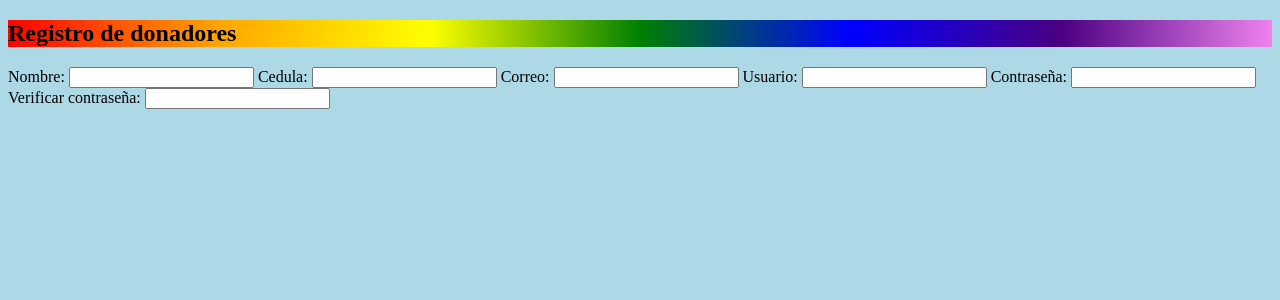
Repository: sonicspeed1/examen1_codigo_bryansantillan
Page: http://localhost/examen_1_bryan_santillan/registro_donadores.jsp
These files come from the project's save history. The page is drawn as it stood at one moment and after the next save; the edit follows.
The browser window is 1280 px wide. The pictures show the whole page.
The page is served by Tomcat 9. Other server files are loaded and not shown.

Above is the page before, as saved 2024-05-25 17:36:43.

### examen_1_bryan_santillan/src/main/webapp/registro_donadores.jsp
<%@ page language="java" contentType="text/html; charset=UTF-8"
    pageEncoding="UTF-8"%>
<!DOCTYPE html>
<html>
<head>
<meta charset="UTF-8">
<title>Registro donadores</title>
<link href="estilo.css" rel="stylesheet"/>
</head>
<body class="cuerpo">
<h2 class="cuadro3">Registro de donadores</h2>
<label>Nombre: <input type="text" name="nombre"></label>
<label>Cedula: <input type="text" name="ci"></label>
<label>Correo: <input type="text" name="correo"></label>
<label>Usuario: <input type="text" name="us"></label>
<label>Contraseña: <input type="password" name="cont1"></label>
<label>Verificar contraseña: <input type="password" name="cont2"></label>
</body>
</html>

### examen_1_bryan_santillan/src/main/webapp/estilo.css
@charset "UTF-8";
.cuerpo{
	background-color: lightblue;
}
.cuadro{
	background-color:lightgreen;
	border: 1px solid green;
	display: block;

}
.cuadro2 {
    background-color: #b4aed0;
    border-radius: 5px;
    border: 1px solid purple;
    height: 400px;
    width: 400px;
}
.cuadro3{
	    background: linear-gradient(to right, red, orange, yellow, green, blue, indigo, violet);
}
.titulo{
	color: white;
	transition: color 0.3s, text-shadow 0.3s;
	font-family: 'Comic Sans MS', cursive, sans-serif;
	 text-align: center;
}

.titulo:hover {
    color: blue;
    text-shadow: 2px 2px 5px rgba(0, 0, 0, 0.5);
}
.menu{
	list-style-type: none;
    padding: 0;
    background-color: #80ff80;
    border: 1px solid green;
    margin: 0 auto;
    }
.item {
    display: inline-block;
    position: relative;
}
.container {
    display: flex;
    justify-content: center;
    align-items: center;
    margin-top: 20px;
}
.titulo2{
	color: white;
	transition: color 0.3s, text-shadow 0.3s;
	font-family: 'Comic Sans MS', cursive, sans-serif;
	 text-align: center;
}

.titulo2:hover {
    color: red;
    text-shadow: 2px 2px 5px rgba(0, 0, 0, 0.5);
}
.item_login{
	   display: flex;
    justify-content: center;
    align-items: center;
    margin-bottom: 20px;
}
.button{
	background-color: purple;
	border-radius: 5px;
	color: white;
	padding: 10px 20px;
	margin: 15px;
	font-family: 'Comic Sans MS', cursive, sans-serif;
}
.hiper{
	margin-right: 25px;
}

After the next save:
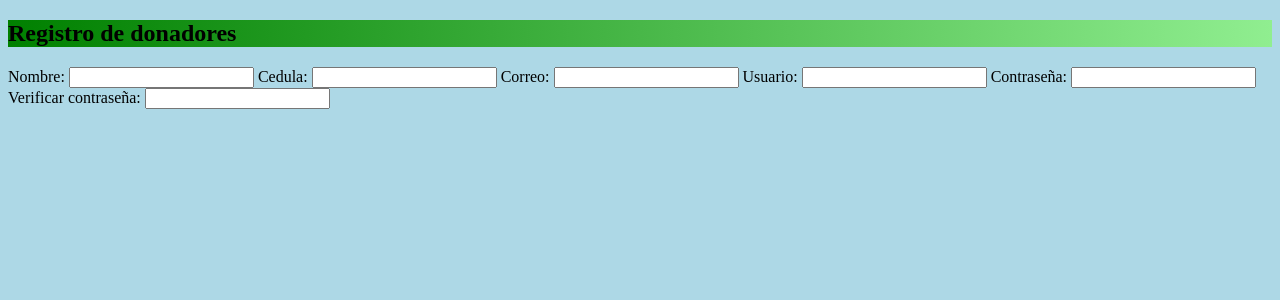
Saved 23 s later.
--- a/examen_1_bryan_santillan/src/main/webapp/estilo.css
+++ b/examen_1_bryan_santillan/src/main/webapp/estilo.css
@@ -16,7 +16,7 @@
     width: 400px;
 }
 .cuadro3{
-	    background: linear-gradient(to right, red, orange, yellow, green, blue, indigo, violet);
+	    background: linear-gradient(to right,green,lightgreen);
 }
 .titulo{
 	color: white;
